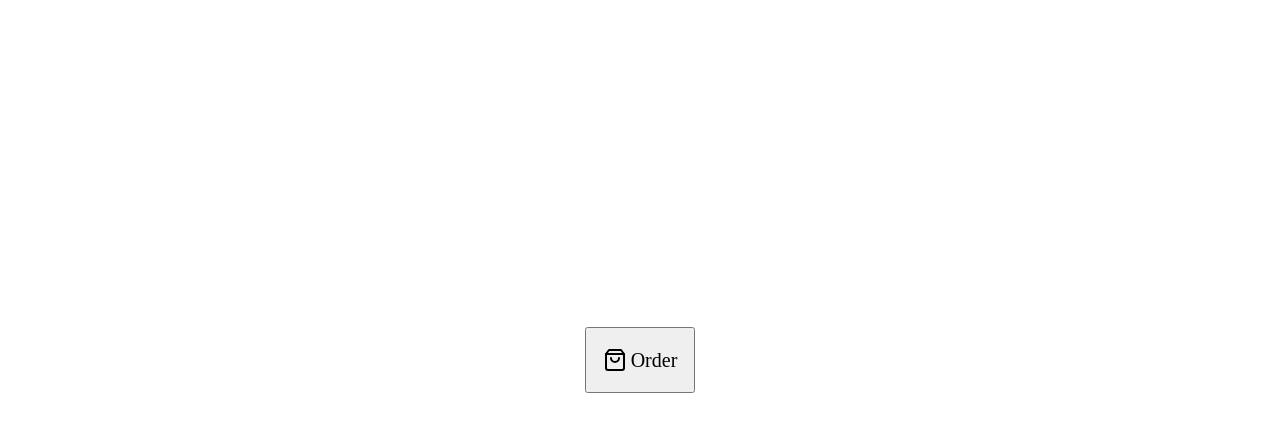
Repository: hjubsoni/hex-ocean-task
Page: /
An editor plug-in stored every save of this project. The page is shown before and after the next save, followed by the edit.
The browser window is 1280 px wide. The pictures show the whole page.
The project was rebuilt for these pictures with package versions that can differ from the ones it lists, and the page was loaded fresh each time. Also part of the build but not shown: vite.config.ts.

Above is the page before, as saved 2023-03-20 21:11:37.

### index.html
<!DOCTYPE html>
<html lang="en">
  <head>
    <meta charset="UTF-8" />
    <link rel="icon" type="image/svg+xml" href="/vite.svg" />
    <meta
      name="viewport"
      content="width=device-width, initial-scale=1.0"
    />
    <title>Vite + React + TS</title>
  </head>
  <body>
    <div id="root"></div>
    <script type="module" src="/src/main.tsx"></script>
  </body>
</html>

### src/App.tsx
import './App.css';
import { ShoppingBag } from 'react-feather';

function App() {
  return (
    <div className="wrapper">
      <button className="order-button">
        <span className="icon">
          <ShoppingBag />
        </span>
        <span className="order-button-text">Order</span>
      </button>
    </div>
  );
}

export default App;

### src/index.css
*,
*::before,
*::after {
  box-sizing: border-box;
}

* {
  margin: 0;
}

html,
body,
#root {
  height: 100%;
}

body {
  line-height: 1.5;
  -webkit-font-smoothing: antialiased;
}

img,
picture,
video,
canvas,
svg {
  display: block;
  max-width: 100%;
}

input,
button,
textarea,
select {
  font: inherit;
}

p,
h1,
h2,
h3,
h4,
h5,
h6 {
  overflow-wrap: break-word;
}

#root,
#__next {
  isolation: isolate;
}

### src/App.css
.wrapper {
  height: 100%;
  display: flex;
  justify-content: center;
  align-items: center;
}

.order-button {
  display: flex;
  align-items: center;
  padding: 16px;
  gap: 4px;
}

.order-button-text {
  font-size: 1.25rem;
}

.icon {
  animation-duration: 2s;
}

.order-button:hover > .icon {
  animation-name: bounce-7;
  animation-timing-function: cubic-bezier(0.28, 0.84, 0.42, 1);
}
@keyframes bounce-7 {
  0% {
    transform: scale(1, 1) translateY(0);
  }
  10% {
    transform: scale(1.1, 0.9) translateY(0);
  }
  30% {
    transform: scale(0.9, 1.1) translateY(-10px);
  }
  50% {
    transform: scale(1.05, 0.95) translateY(0);
  }
  57% {
    transform: scale(1, 1) translateY(-2px);
  }
  64% {
    transform: scale(1, 1) translateY(0);
  }
  100% {
    transform: scale(1, 1) translateY(0);
  }
}

Loaded but not shown: src/main.tsx (common file)

After the next save:
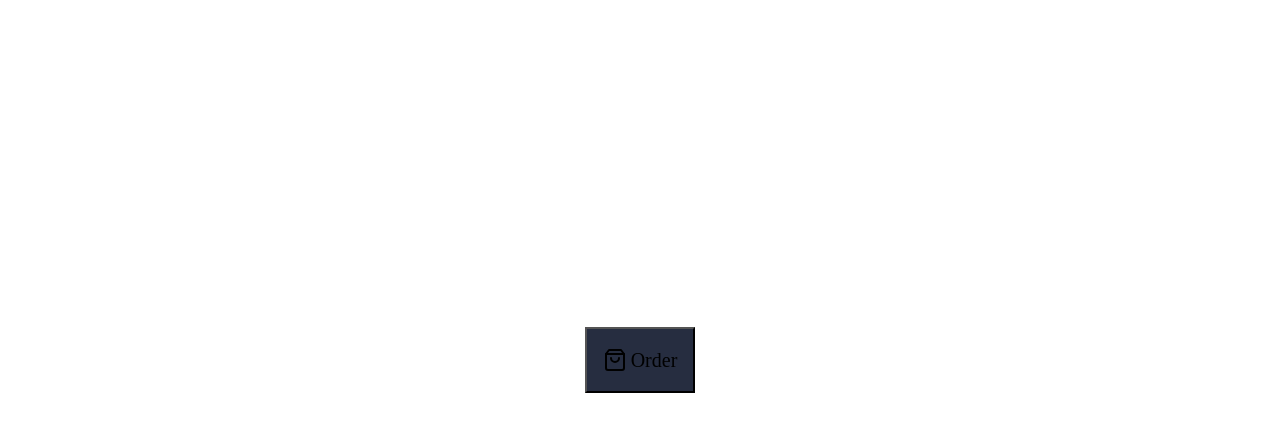
Saved 32 s later.
--- a/src/App.css
+++ b/src/App.css
@@ -10,6 +10,7 @@
   align-items: center;
   padding: 16px;
   gap: 4px;
+  background: #262d40;
 }
 
 .order-button-text {
